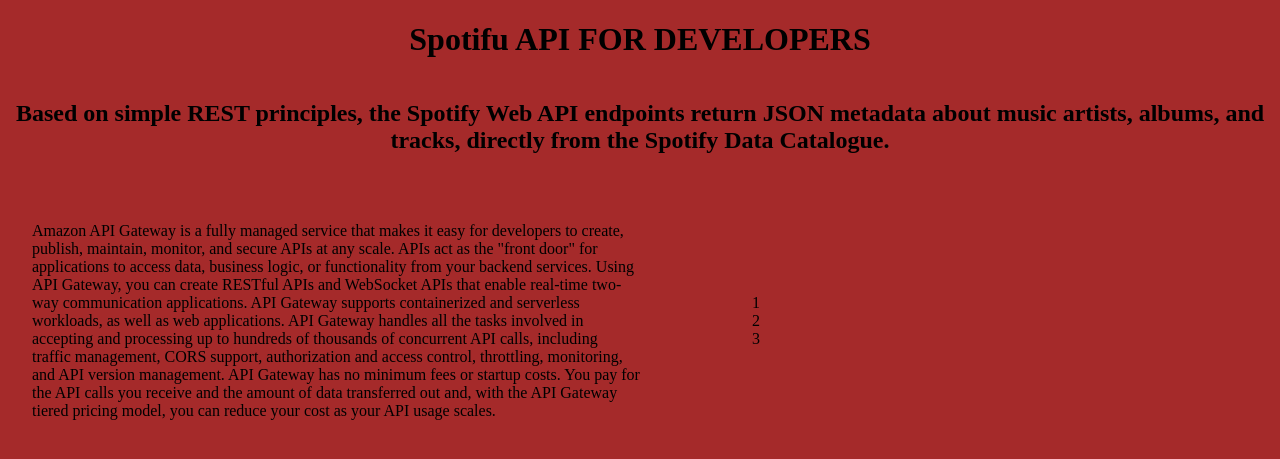
Repository: eliasihai/dizza-html-project
Page: index.html
These files come from the project's save history. The page is drawn as it stood at one moment and after the next save; the edit follows.
The browser window is 1280 px wide. The pictures show the whole page.

Above is the page before, as saved 2022-01-26 00:22:49.

### index.html
<!DOCTYPE html>
<html lang="en">
  <head>
    <meta charset="UTF-8" />
    <meta http-equiv="X-UA-Compatible" content="IE=edge" />
    <meta name="viewport" content="width=device-width, initial-scale=1.0" />
    <link rel="stylesheet" href="style.css">
    <title>Spotify API For</title>
  </head>
  <body>
    <div class="container">
      <div class="header_container">
        <!-- <div>
          <img
            src="./png-transparent-youtube-logo-youtube-logo-computer-icons-subscribe-angle-rectangle-airplane.png"
            width="150px"
            alt="This is AWS API image"
          />
        </div> -->
        <div class="title_style">
          <h1>Spotifu API FOR DEVELOPERS</h1>
          <h2>Based on simple REST principles, the Spotify Web API endpoints return JSON metadata about music artists, albums, and tracks, directly from the Spotify Data Catalogue.</h2>
        </div>
      </div>

      <div class="describe_container">
        <div class="describe_text">
          Amazon API Gateway is a fully managed service that makes it easy for
          developers to create, publish, maintain, monitor, and secure APIs at
          any scale. APIs act as the "front door" for applications to access
          data, business logic, or functionality from your backend services.
          Using API Gateway, you can create RESTful APIs and WebSocket APIs that
          enable real-time two-way communication applications. API Gateway
          supports containerized and serverless workloads, as well as web
          applications. API Gateway handles all the tasks involved in accepting
          and processing up to hundreds of thousands of concurrent API calls,
          including traffic management, CORS support, authorization and access
          control, throttling, monitoring, and API version management. API
          Gateway has no minimum fees or startup costs. You pay for the API
          calls you receive and the amount of data transferred out and, with the
          API Gateway tiered pricing model, you can reduce your cost as your API
          usage scales.
        </div>
        <div class="list_container">
          <ul>
            <ol>
              1
            </ol>
            <ol>
              2
            </ol>
            <ol>
              3
            </ol>
          </ul>
        </div>
      </div>
    </div>
  </body>
</html>

### style.css
body,
html {
  height: 100%;
  margin: 0;
}
.container {
  height: 100%;
  background-position: center;
  background-repeat: no-repeat;
  background-size: cover;
  background-color: brown;
}
.header_container {
  display: flex;
  flex-direction: column;
}
.title_style {
  display: flex;
  flex-direction: column;
  text-align: center;

}
.title_style h2{
    padding: 0 4re10rem;
}
.describe_container {
  display: flex;
}
.describe_text {
  margin: 3rem 2rem;
  flex: 50%;
}
.list_container {
  display: flex;
  align-items: center;
  justify-content: flex-start;
  flex: 50%;
}

After the next save:
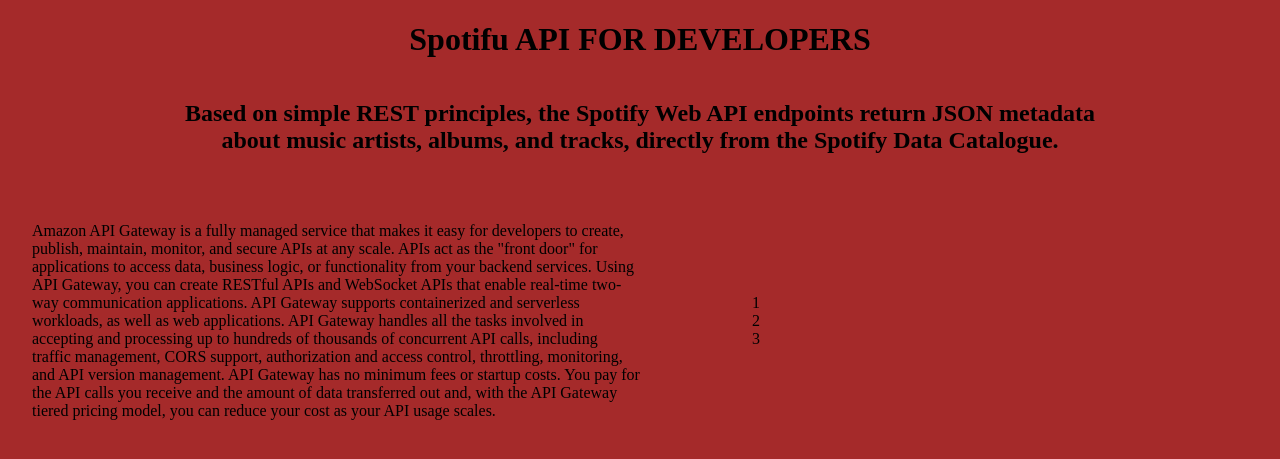
Saved 4 s later.
--- a/style.css
+++ b/style.css
@@ -21,7 +21,7 @@
 
 }
 .title_style h2{
-    padding: 0 4re10rem;
+    padding: 0 10rem;
 }
 .describe_container {
   display: flex;
